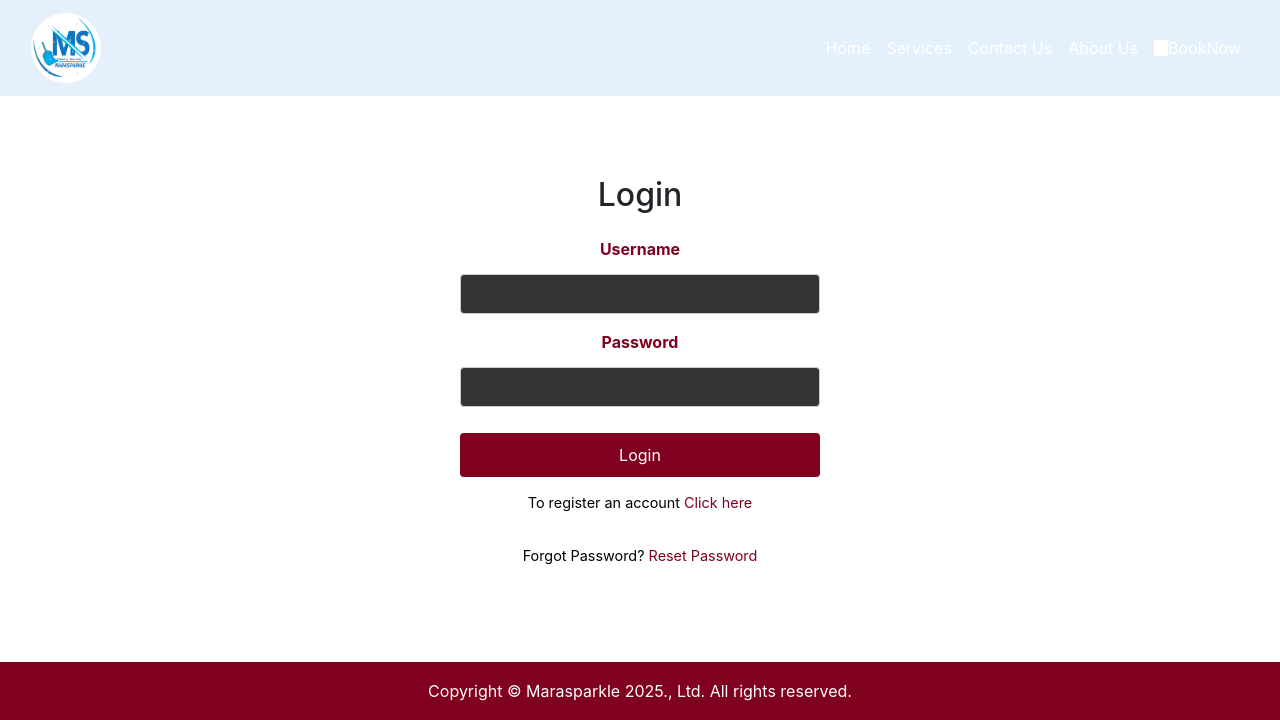
Repository: guineveretim/sparkle
Page: http://localhost/login/
These files come from the project's save history. The page is drawn as it stood at one moment and after the next save; the edit follows.
The browser window is 1280 px wide. The pictures show the whole page.
The page is served by the project's application, run on Django 5.2 (manage.py). Other server files are loaded and not shown.

Above is the page before, as saved 2025-03-27 17:00:21.

### templates/authentication/login.html
{% load static %}
<!DOCTYPE html>
<html lang="en">
<head>
    <meta charset="UTF-8">
    <meta name="viewport" content="width=device-width, initial-scale=1.0">
    <title>Login</title>
    <style>
        * {
            box-sizing: border-box;
            margin: 0;
            padding: 0;
        }

        html, body{
            height: 100vh;
        }

        body {
            font-family: 'Arial', sans-serif;
            background-color:rgb(94, 187, 213);
            color: #333;
            display: flex;

            flex-direction: column;
        }

        .login-container {
            width: 90%;
            max-width: 400px;
            padding: 20px;
            background-color: rgba(128, 0, 32, 0);
            border-radius: 2px;
            margin: auto;
            flex-grow: 1;
            display: flex;
            flex-direction: column;
            justify-content: center;
            text-align: center;
        }

        .logo {
            width: 100px;
            margin: 0 auto 20px;
            border-radius: 50%;
        }

        h2 {
            margin-bottom: 20px;
            color:#800020;
        }

        .message-container {
            margin-bottom: 15px;
        }

        .messages {
            list-style: none;
            padding: 0;
        }

        .messages li {
            padding: 10px;
            margin-bottom: 5px;
            border-radius: 4px;
            color: #31708f;
            background-color: #d9edf7;
            border: 1px solid #bce8f1;
        }

        .form-group {
            margin-bottom: 15px;

        }

        label {
            display: block;
            margin-bottom: 5px;
            font-weight: bold;
            color:#800020;
        }

        input[type="text"],
        input[type="password"] {
            height: 40px;
            width: 100%;
            padding: 10px;
            margin-top: 5px;
            border: 1px solid #ccc;
            border-radius: 4px;
            font-size: 1rem;
            color: #ffffff;
            background-color: #333;
            transition: border-color 0.3s ease;
        }

        input[type="text"]:focus,
        input[type="password"]:focus {
            background-color: #444;
            border-color: #66afe9;
            outline: none;
        }

        .submit-btn {
            padding: 10px 15px;
            background-color:#800020;
            color: #fff;
            border: none;
            border-radius: 4px;
            cursor: pointer;
            transition: background-color 0.3s ease;
            font-size: 16px;
            width: 100%;
            margin-top: 10px;
        }

        .submit-btn:hover {
            background-color:rgb(104, 31, 31);
        }

        .signup-link,
        .forgot-password {
            margin-top: 15px;
            color: black;
            font-size: 0.9rem;
        }

        .signup-link a,
        .forgot-password a {
            color:#800020;
            text-decoration: none;

        }
        .signup-link a:hover,
        .forgot-password a:hover {
            text-decoration: underline;
        }

        footer {
            background-color:#800020;
            text-align: center;
        }

        footer p{
            margin: 0;
            color: white;
             padding: 17px;
            font-size: 1rem;
        }

        header{
            background-color:#800020;
            height: 6%;
            padding: 17px;

        }

        header p{
            color: white;
            margin:0;
        }

        @media (max-width: 480px) {
            .logo {
                width: 80px;
            }

            .submit-btn {
                padding: 10px;
            }

            h2 {
                font-size: 1.5rem;
            }

            .signup-link,
            .forgot-password {
                font-size: 0.75rem;
            }
        }

    </style>

        <!-- Font Awesome CDN -->
        <link rel="stylesheet" href="https://cdnjs.cloudflare.com/ajax/libs/font-awesome/6.0.0-beta3/css/all.min.css">

        <!--Google fomts-->
        <link href="https://fonts.googleapis.com/css2?family=Roboto:wght@400&display=swap" rel="stylesheet">

        <!-- Bootstrap core CSS -->
        <link rel="stylesheet" href="https://cdn.jsdelivr.net/npm/bootstrap@4.1.3/dist/css/bootstrap.min.css" integrity="sha384-MCw98/SFnGE8fJT3GXwEOngsV7Zt27NXFoaoApmYm81iuXoPkFOJwJ8ERdknLPMO" crossorigin="anonymous">


</head>
<body>
 <!-- ***** Header Area Start ***** -->
 <nav class="navbar navbar-expand-lg navbar-dark sticky-top" style="background-color:rgba(166, 206, 243,0.3); position: relative;">
    <div class="container-fluid">
        <a class="navbar-brand" href="{% url 'home' %}">
            <img src="{% static 'icons/Maralog.png' %}" style="width:70px;">
        </a>
        <button class="navbar-toggler" type="button" data-toggle="collapse" data-target="#navbarNav" aria-controls="navbarNav" aria-expanded="false" aria-label="Toggle navigation">
            <span class="navbar-toggler-icon"></span>
        </button>

        <div class="collapse navbar-collapse" id="navbarNav">
            <ul class="navbar-nav ml-auto">
                <li class="nav-item active">
                    <a class="nav-link" href="{% url 'home' %}" style="color: white;">Home <span class="sr-only">(current)</span></a>
                </li>
                <li class="nav-item">
                    <a class="nav-link" href="{% url 'services_details' %}" style="color: white;">Services</a>
                </li>
                <li class="nav-item">
                    <a class="nav-link" href="{% url 'contact' %}" style="color: white;">Contact Us</a>
                </li>
                <li class="nav-item">
                    <a class="nav-link" href="{% url 'about' %}" style="color: white;">About Us</a>
                </li>
                <li class="nav-item">
                    <a class="nav-link" href="{% url 'login' %}" style="color: white;"><i class="fas fa-calendar" style="background-color: rgb(255, 255, 255);"></i>BookNow</a>
                </li>
            </ul>
        </div>
    </div>
</nav>

<div class="login-container">

    <h2>Login</h2>

    <div class="message-container">
        {% if messages %}
            <ul class="messages">
                {% for message in messages %}
                    <li class="{{ message.tags }}">{{ message }}</li>
                {% endfor %}
            </ul>
        {% endif %}
    </div>

    <form method="POST" action="{% url 'login' %}">
        {% csrf_token %}
        <div class="form-group">
            <label for="username">Username</label>
            <input type="text" id="username" name="username" value="{{ form.username.value|default_if_none:'' }}">
        </div>
        <div class="form-group">
            <label for="password">Password</label>
            <input type="password" id="password" name="password">
        </div>
        <button type="submit" class="submit-btn">Login</button>


    </form>

    <p class="signup-link">
        To register an account
        <a href="{% url 'register' %}">Click here</a>
    </p>

    <p class="forgot-password">
        Forgot Password?
        <a href="{% url 'password_reset' %}">Reset Password</a>

    </p>
</div>

<footer>
    <div class="container">
      <div class="col text-white d-flex justify-content-center">
        <p>Copyright © Marasparkle 2025., Ltd. All rights reserved.
      </div>
    </div>
  </footer>

<!-- jQuery first, then Popper.js, then Bootstrap JS -->
<script src="https://code.jquery.com/jquery-3.3.1.slim.min.js" integrity="sha384-q8i/X+965DzO0rT7abK41JStQIAqVgRVzpbzo5smXKp4YfRvH+8abtTE1Pi6jizo" crossorigin="anonymous"></script>
<script src="https://cdn.jsdelivr.net/npm/popper.js@1.14.3/dist/umd/popper.min.js" integrity="sha384-ZMP7rVo3mIykV+2+9J3UJ46jBk0WLaUAdn689aCwoqbBJiSnjAK/l8WvCWPIPm49" crossorigin="anonymous"></script>
<script src="https://cdn.jsdelivr.net/npm/bootstrap@4.1.3/dist/js/bootstrap.min.js" integrity="sha384-ChfqqxuZUCnJSK3+MXmPNIyE6ZbWh2IMqE241rYiqJxyMiZ6OW/JmZQ5stwEULTy" crossorigin="anonymous"></script>
</body>
</html>

### marasparkle/forms.py
from django import forms
from django.contrib.auth.forms import UserCreationForm, AuthenticationForm, PasswordResetForm, SetPasswordForm
from django.contrib.auth.models import User
from .models import Booking



class UserLoginForm(AuthenticationForm):
    def __init__(self, *args, **kwargs):
        super(UserLoginForm, self).__init__(*args, **kwargs)


        self.error_messages['invalid_login'] = (
            'Invalid username or password.'
        )
        self.fields['username'].widget.attrs.update({
            'class': 'form-control',
            'placeholder': 'Username'
        })
        self.fields['password'].widget.attrs.update({
            'class': 'form-control',
            'placeholder': 'Password'
        })


class UserRegistrationForm(forms.ModelForm):

    username = forms.CharField(widget=forms.TextInput(attrs={'placeholder': 'Enter Your Username'}),
            label='Username',
            help_text=None,
            )

    email = forms.CharField(widget=forms.EmailInput(attrs={'placeholder': 'Enter Your Email : Example@gmail.com'}),
            label='Email',
            help_text=None,
      )
    password = forms.CharField(widget=forms.PasswordInput(attrs={'placeholder': 'Password must contain at least one uppercase, lower case letter, and one special character', 'class': 'moving-placeholder'}),
            label= 'Enter Password',
            help_text=None,
            )
    confirm_password = forms.CharField(widget=forms.PasswordInput(attrs={'placeholder': 'Cornfirm password'}),
            label='Cornfirm Password',
            help_text=None,
            )






    class Meta:
        model = User
        fields = ['username', 'email']


    def clean(self):
        cleaned_data = super().clean()
        password = cleaned_data.get("password")
        confirm_password = cleaned_data.get("confirm_password")

        if password and confirm_password and password != confirm_password:
            raise forms.ValidationError("Passwords do not match!")


class ResetPasswordForm(PasswordResetForm):
    class Meta:
        model = User
        fields = ['email']

    def __init__(self, *args, **kwargs):
        super(ResetPasswordForm, self).__init__(*args, **kwargs)
        self.fields['email'].widget.attrs.update({
            'class': 'form-control',
            'placeholder': 'Email',
            'required': 'True'
        })


class ResetPasswordConfirmForm(SetPasswordForm):
    class Meta:
        model = User
        fields = ['new_password1', 'new_password2']

    def __init__(self, *args, **kwargs):
        super(ResetPasswordConfirmForm, self).__init__(*args, **kwargs)
        self.fields['new_password1'].widget.attrs.update({
            'class': 'form-control',
            'placeholder': 'New Password',
            'required': 'True'
        })
        self.fields['new_password2'].widget.attrs.update({
            'class': 'form-control',
            'placeholder': 'Retype New Password',
            'required': 'True'
        })
        self.fields['new_password1'].help_text = ''
        self.fields['new_password2'].help_text = ''


class BookingForm(forms.ModelForm):
    class Meta:
        model = Booking
        fields = ['date_time', 'contact_infor', 'service_selection', 'location_infor', 'additional_details']
        widgets = {
            'date_time': forms.DateTimeInput(attrs={'type': 'datetime-local'}),
            'contact_infor': forms.TextInput(attrs={'placeholder': 'Contact Information'}),
            'location_infor': forms.TextInput(attrs={'placeholder': 'Location'}),
            'additional_details': forms.Textarea(attrs={'placeholder': 'Additional Details', 'rows': 3}),
        }

### marasparkle/views.py

from django.shortcuts import redirect, render
from django.contrib.auth import authenticate, login
from .forms import  UserRegistrationForm, UserLoginForm
from django.contrib.auth.decorators import login_required
from django.contrib import messages
from .forms import BookingForm
from django.views.decorators.cache import never_cache
from django.views.decorators.csrf import csrf_protect
from django.contrib.auth.models import Group



def home(request):
  return render(request, 'home.html')

def Service(request):
    return render(request, 'application/services.html')


def contact(request):
    return render(request, 'application/contact.html')

def about_view(request):
    return render(request, 'application/about.html')







def register(request):
    if request.method == 'POST':
        form = UserRegistrationForm(request.POST)
        if form.is_valid():
            user = form.save(commit=False)
            user.set_password(form.cleaned_data['password'])
            user.save()

            group =Group.objects.get(name = 'user')
            user.groups.add(group)


            login(request, user)
            messages.success(request, "Registration successful.")
            return redirect('login')
    else:
        form = UserRegistrationForm()

    return render(request, 'authentication/register.html', {'form': form})

def login_view(request):
    if request.method == 'POST':
        form = UserLoginForm(data=request.POST)
        if form.is_valid():
            username = form.cleaned_data.get('username')
            password = form.cleaned_data.get('password')
            user = authenticate(request, username=username, password=password)

            if user is not None:

                if user.groups.filter(name='admin').exists():
                    login(request, user)
                    return redirect('/admin/')
                elif user.groups.filter(name='user').exists():
                    login(request, user)
                    return redirect('bookings')
            else:

                messages.error(request, 'Invalid username or password.')
        else:
            # Optional: Handle field errors
            for field, errors in form.errors.items():
                for error in errors:
                    messages.error(request, error)

    else:
        form = UserLoginForm()

    return render(request, 'authentication/login.html', {'form': form})


@login_required
def create_booking(request):
    if request.method == 'POST':
        form = BookingForm(request.POST)
        if form.is_valid():
            booking = form.save(commit=False)
            booking.user = request.user
            booking.save()
            return redirect('booking_success')
    else:
        form = BookingForm()

    return render(request,'accounts/booking.html', {'form':form})

### marasparkleweb/urls.py
"""
URL configuration for marasparkleweb project.

The `urlpatterns` list routes URLs to views. For more information please see:
    https://docs.djangoproject.com/en/5.1/topics/http/urls/
Examples:
Function views
    1. Add an import:  from my_app import views
    2. Add a URL to urlpatterns:  path('', views.home, name='home')
Class-based views
    1. Add an import:  from other_app.views import Home
    2. Add a URL to urlpatterns:  path('', Home.as_view(), name='home')
Including another URLconf
    1. Import the include() function: from django.urls import include, path
    2. Add a URL to urlpatterns:  path('blog/', include('blog.urls'))
"""
from django.contrib import admin
from django.urls import include, path

urlpatterns = [
    path('admin/', admin.site.urls),
    path('', include('marasparkle.urls')),
]

### marasparkle/urls.py
from django.urls import path

from marasparkle.forms import ResetPasswordConfirmForm, ResetPasswordForm
from . import views
from django.contrib.auth import views as auth_views


urlpatterns = [
    path('', views.home, name='home'),
    path('about/',views.about_view, name='about'),
    path('services/',views.Service,name='services_details'),
    path('login/', views.login_view, name= 'login'),
    path('register/', views.register, name='register'),
    path('contact/', views.contact, name='contact'),

    path('password_reset/', auth_views.PasswordResetView.as_view(
        template_name='authentication/password_reset.html',
        form_class=ResetPasswordForm
    ), name='password_reset'),


    path('password_reset_done/', auth_views.PasswordResetDoneView.as_view(
        template_name='authentication/password_reset_done.html'
    ), name='password_reset_done'),


    path('password_reset_confirm/<uidb64>/<token>/', auth_views.PasswordResetConfirmView.as_view(
        template_name='authentication/password_reset_confirm.html',
        form_class=ResetPasswordConfirmForm
    ), name='password_reset_confirm'),

    path('password_reset_complete/', auth_views.PasswordResetCompleteView.as_view(
        template_name='authentication/password_reset_complete.html'
    ), name='password_reset_complete'),

    path('booking/',views.create_booking, name= 'bookings'),



]

After the next save:
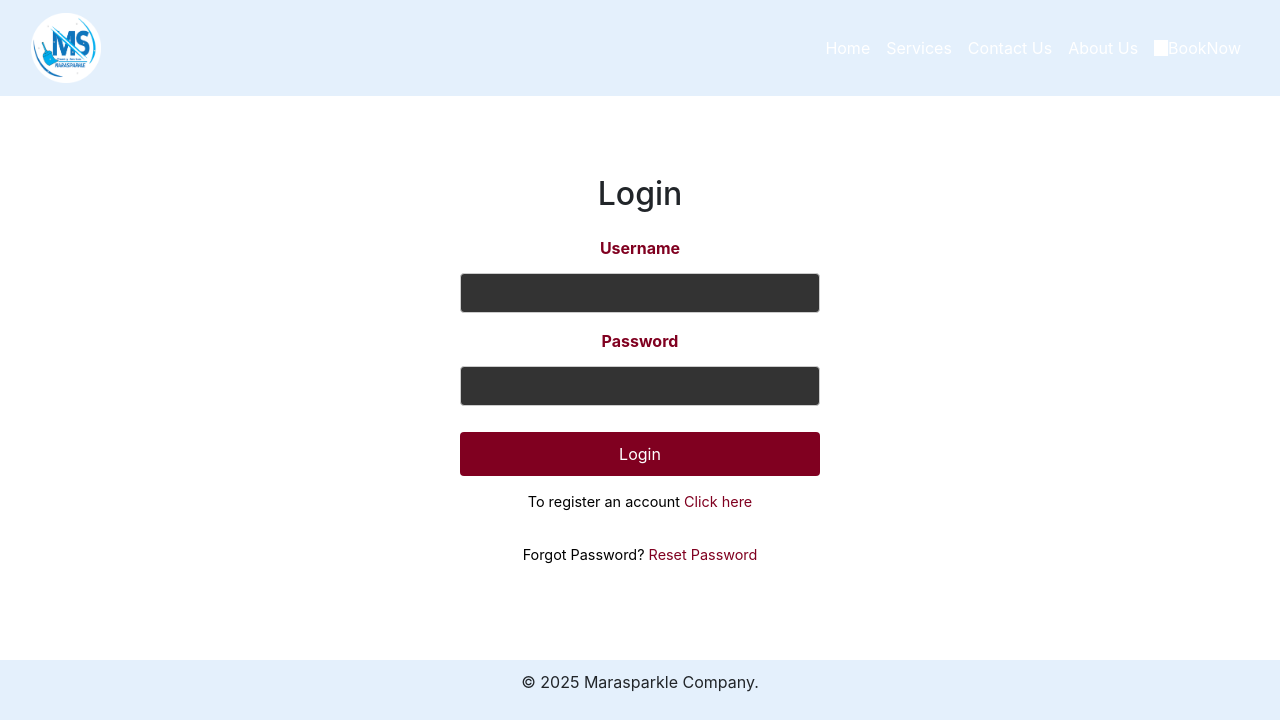
Saved 49 s later.
--- a/templates/authentication/login.html
+++ b/templates/authentication/login.html
@@ -136,17 +136,7 @@
             text-decoration: underline;
         }
 
-        footer {
-            background-color:#800020;
-            text-align: center;
-        }
-
-        footer p{
-            margin: 0;
-            color: white;
-             padding: 17px;
-            font-size: 1rem;
-        }
+
 
         header{
             background-color:#800020;
@@ -266,13 +256,27 @@
     </p>
 </div>
 
-<footer>
-    <div class="container">
-      <div class="col text-white d-flex justify-content-center">
-        <p>Copyright © Marasparkle 2025., Ltd. All rights reserved.
-      </div>
+<footer class="footer text-center" style="background-color: rgba(166, 206, 243, 0.3); padding: 10px 0;">
+    <div class="container-fluid">
+        <div class="row">
+            <div class="col-12">
+                <p>© 2025 Marasparkle Company.</p>
+            </div>
+            <div class="col-12" style="margin-top: -80px;">
+                <p style="color: white;">
+                    Follow us on
+                    <a href="https://www.facebook.com/profile.php?id=61573551016908" class="mx-1 text-white" aria-label="Follow us on Facebook">
+                        <i class="fab fa-facebook-f"></i>
+                    </a>
+                    <span>|</span>
+                    <a href="https://linkedin.com" class="mx-1 text-white" aria-label="Follow us on LinkedIn">
+                        <i class="fab fa-linkedin fa-lg"></i>
+                    </a>
+                </p>
+            </div>
+        </div>
     </div>
-  </footer>
+</footer>
 
 <!-- jQuery first, then Popper.js, then Bootstrap JS -->
 <script src="https://code.jquery.com/jquery-3.3.1.slim.min.js" integrity="sha384-q8i/X+965DzO0rT7abK41JStQIAqVgRVzpbzo5smXKp4YfRvH+8abtTE1Pi6jizo" crossorigin="anonymous"></script>
